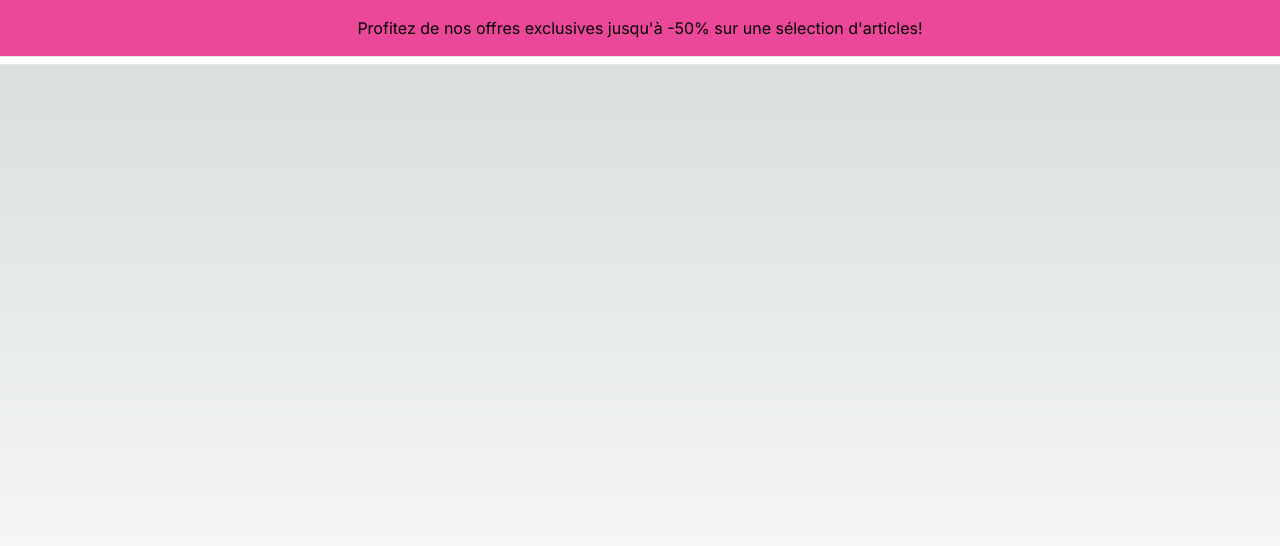
Repository: SDlevelUp/e-shop
Page: /
The author's editor kept a copy of each file at every save. The page is drawn from the files as they stood at one save, then again after a run of saves.
The browser window is 1280 px wide. The pictures show the whole page.
The project was rebuilt for these pictures with package versions that can differ from the ones it lists, and the page was loaded fresh each time. The framework's server and built-in components were replaced by stand-ins that run in the browser. Also part of the build but not shown: next.config.js.

Above is the page before, as saved 2023-08-29 09:04:37.

After the next 5 saves:
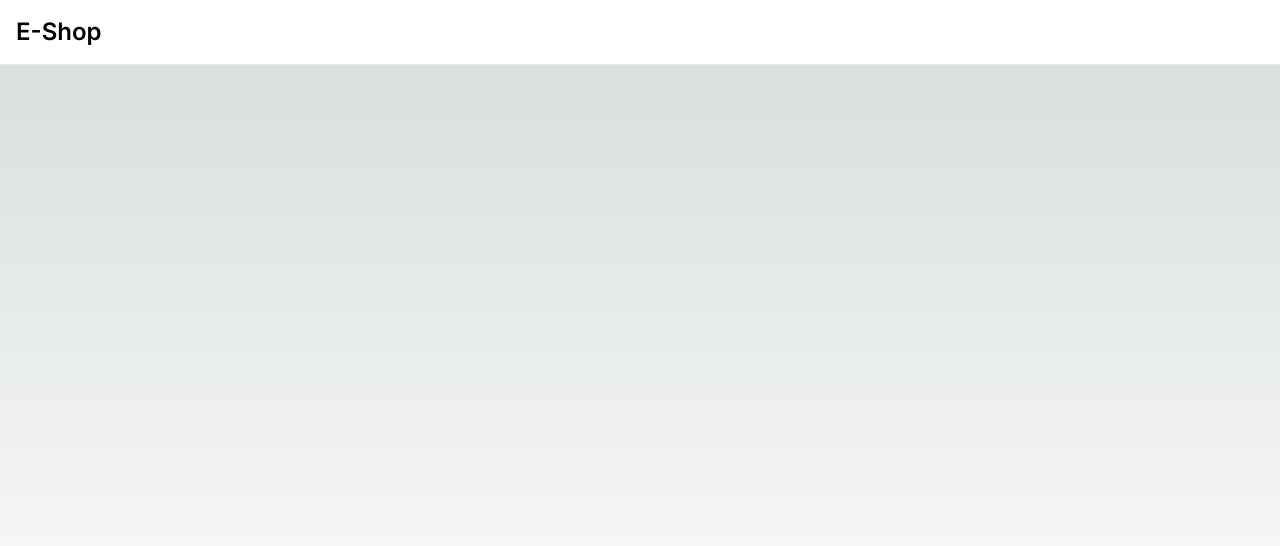
The 5 saves are shown as one change because 1 did not build or start and some came seconds apart.
The last was saved 35 s later.
--- a/src/app/layout.js
+++ b/src/app/layout.js
@@ -2,7 +2,6 @@ import './globals.css'
 import { Inter } from 'next/font/google';
 import Navbar from '@/components/Navbar/Navbar';
 import GlobalState from '@/context';
-import Banner from '@/components/Banner/Banner';
 const inter = Inter({ subsets: ['latin'] })
 
 export const metadata = {
@@ -21,7 +20,6 @@ export default function RootLayout({ children }) {
       </head>
       <body className={inter.className}>
         <GlobalState>
-          <Banner />
           <Navbar />
           <main>{children}</main>
         </GlobalState>
--- a/src/components/Banner/Banner.jsx
+++ b/src/components/Banner/Banner.jsx
@@ -1,18 +1,18 @@
-"use client";
+// "use client";
 
-export default function Banner() {
-    return (
-        <>
-            <header className="bg-pink-500 z-50 fixed w-full top-0 left-0 border-b border-gray-200 ">
-                <div className="max-w-screen-xl flex flex-wrap align-center justify-center mx-auto p-4">
-                    <div className="flex items-center cursor-pointer">
-                        <span className="items-center justify-center">
-                            Profitez de nos offres exclusives jusqu'à -50% sur une sélection d'articles!
-                        </span>
-                    </div>
+// export default function Banner() {
+//     return (
+//         <>
+//             <header className="bg-pink-500 z-50 fixed w-full top-0 left-0 border-b border-gray-200 ">
+//                 <div className="max-w-screen-xl flex flex-wrap align-center justify-center mx-auto p-4">
+//                     <div className="flex items-center cursor-pointer">
+//                         <span className="items-center justify-center">
+//                             Profitez de nos offres exclusives jusqu'à -50% sur une sélection d'articles!
+//                         </span>
+//                     </div>
 
-                </div>
-            </header >
-        </>
-    );
-}
+//                 </div>
+//             </header >
+//         </>
+//     );
+// }

After the 2 saves that followed:
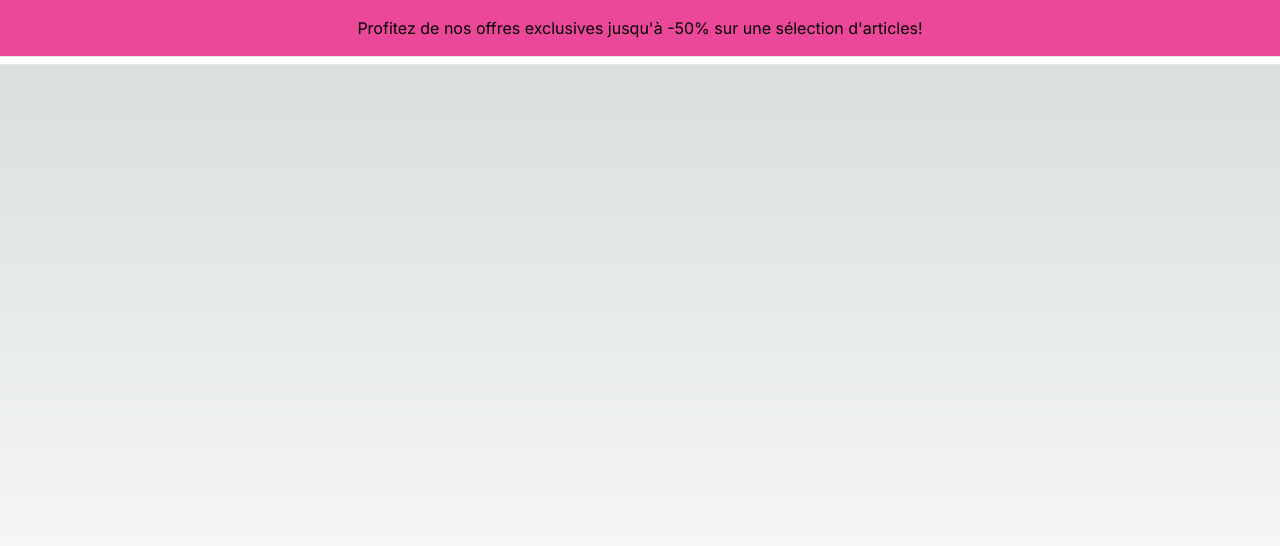
The 2 saves are shown as one change because they came seconds apart.
The last was saved 7 s later.
--- a/src/components/Navbar/Navbar.jsx
+++ b/src/components/Navbar/Navbar.jsx
@@ -3,6 +3,18 @@
 export default function Navbar() {
     return (
         <>
+            <header className="bg-pink-500 z-50 fixed w-full top-0 left-0 border-b border-gray-200 ">
+                <div className="max-w-screen-xl flex flex-wrap align-center justify-center mx-auto p-4">
+                    <div className="flex items-center cursor-pointer">
+                        <span className="items-center justify-center">
+                            Profitez de nos offres exclusives jusqu'à -50% sur une sélection d'articles!
+                        </span>
+                    </div>
+
+                </div>
+            </header >
+
+
             <nav className="bg-white fixed z-40 w-full top-0 left-0 border-b border-gray-200">
                 <div className="max-w-screen-xl flex flex-wrap items-center justify-between mx-auto p-4">
                     <div className="flex items-center cursor-pointer">
